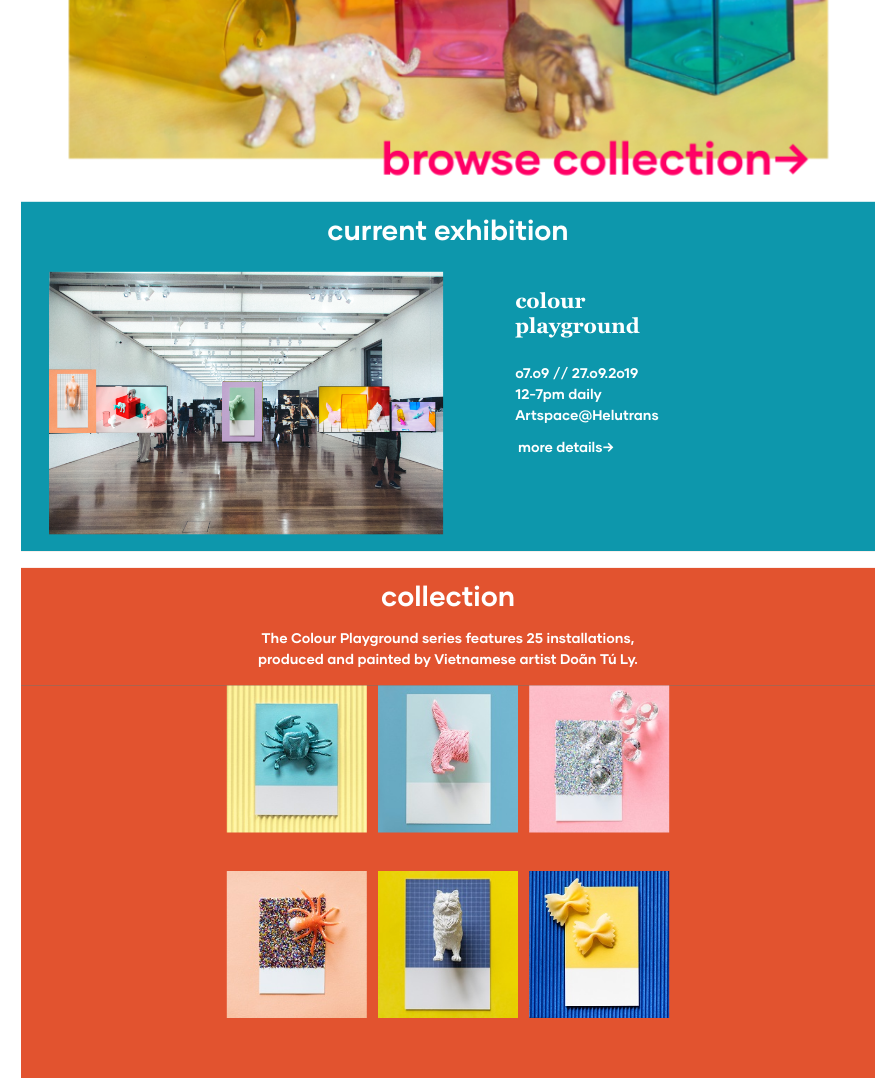
Repository: lynette-lyf/artshack
Page: index.html
The author's editor kept a record of every edit. The page is drawn from the files as they stood at one moment, then again after the next edit.
The browser window is 1280 px wide. The pictures show the part of the page from y = 775 to 2695 px (the page is 2316 px tall before and 2695 px after), at 70% of full size.

Above is the page before.

### index.html
<!doctype html>
<html lang="en">

<head>
  <!-- Required meta tags -->
  <meta charset="utf-8">
  <meta name="viewport" content="width=device-width, initial-scale=1, shrink-to-fit=no">

  <!-- Bootstrap CSS -->
  <link rel="stylesheet" href="https://stackpath.bootstrapcdn.com/bootstrap/4.3.1/css/bootstrap.min.css" integrity="sha384-ggOyR0iXCbMQv3Xipma34MD+dH/1fQ784/j6cY/iJTQUOhcWr7x9JvoRxT2MZw1T" crossorigin="anonymous">
  <link rel="stylesheet" href="style.css" />
  <link rel="stylesheet" href="https://cdnjs.cloudflare.com/ajax/libs/font-awesome/4.7.0/css/font-awesome.min.css">
  <title>artshack</title>

  <style>
/* font converted using font-converter.net. thank you! */
@font-face {
  font-family: "Georgia-Bold";
  src: url("./fonts/georgiab.eot"); /* IE9 Compat Modes */
  src: url("./fonts/georgiab.eot?#iefix") format("embedded-opentype"), /* IE6-IE8 */
    url("./fonts/georgiab.otf") format("opentype"), /* Open Type Font */
    url("./fonts/georgiab.svg") format("svg"), /* Legacy iOS */
    url("./fonts/georgiab.ttf") format("truetype"), /* Safari, Android, iOS */
    url("./fonts/georgiab.woff") format("woff"), /* Modern Browsers */
    url("./fonts/georgiab.woff2") format("woff2"); /* Modern Browsers */
  font-weight: normal;
  font-style: normal;
}


/* font converted using font-converter.net. thank you! */
@font-face {
  font-family: "GilmerBold";
  src: url("./fonts/GilmerBold.eot"); /* IE9 Compat Modes */
  src: url("./fonts/GilmerBold.eot?#iefix") format("embedded-opentype"), /* IE6-IE8 */
    url("./fonts/GilmerBold.otf") format("opentype"), /* Open Type Font */
    url("./fonts/GilmerBold.svg") format("svg"), /* Legacy iOS */
    url("./fonts/GilmerBold.ttf") format("truetype"), /* Safari, Android, iOS */
    url("./fonts/GilmerBold.woff") format("woff"), /* Modern Browsers */
    url("./fonts/GilmerBold.woff2") format("woff2"); /* Modern Browsers */
  font-weight: normal;
  font-style: normal;
}

    .logo {
      width: 280px;
    }

    /*Custom BootStrap4 CSS Styling credits to Saranya Rajendran @ https://stackoverflow.com/questions/49400853/how-to-change-navbar-hover-color-on-bootstrap-4/49405726*/

    .navbar-light .navbar-brand {
      color: black;
    }

    .navbar-light .navbar-nav .active>.nav-link,
    .navbar-light .navbar-nav .nav-link.active,
    .navbar-light .navbar-nav .nav-link.show,
    .navbar-light .navbar-nav .show>.nav-link {
      color: black;
    }

    .navbar-light .navbar-nav .nav-link {
      color: black;
    }

    .navbar-light .navbar-nav .nav-link-about,
    .navbar-light .navbar-nav .nav-link-artists,
    .navbar-light .navbar-nav .nav-link-collection,
    .navbar-light .navbar-nav .nav-link-exhibition,
    .navbar-light .navbar-nav .nav-link-contact {
      color: black;
    }

    .navbar-light .navbar-nav .nav-link-about:hover,
    .navbar-light .navbar-nav .nav-link-contact:hover {
      color: rgb(13, 151, 172) !important;
      text-decoration: none;
    }

    .navbar-light .navbar-nav .nav-link-artists:hover {
      color: rgb(6, 81, 37) !important;
      text-decoration: none;
    }

    .navbar-light .navbar-nav .nav-link-collection:hover {
      color: rgb(221, 160, 51) !important;
      text-decoration: none;
    }

    .navbar-light .navbar-nav .nav-link-exhibition:hover {
      color: rgb(226, 83, 47) !important;
      text-decoration: none;
    }

    .navbar ul {
      display: flex;
      align-items: stretch;
      /* Default */
      justify-content: space-between;
      width: 100%;
      background: #fff;
      margin: 0;
      padding: 0;
    }

    .navbar li {
      display: block;
      flex: 0 1 auto;
      /* Default */
      list-style-type: none;
      background: #fff;
    }

    .navbar .nav-item-subscribe {
      color: white;
    }

    .navbar {
      font-family: Georgia-Bold;
      color: black;
      font-size: 18px;
    }

    form {
      font-family: GilmerBold;
    }

    .form-group .form-control {
      background-color: rgb(6, 81, 37);
      color: white;
    }

    .btn {
      font-family: GilmerBold;
      font-size: 15px;
      color: white;
      background-color: rgb(226, 83, 47);
    }

    .btn:hover {
      color: white;
      background-color: rgb(13, 151, 172);
    }

    .btn:focus {
      color: orange;
    }

    .container-fluid-exhibition {
      background-color: rgb(13, 151, 172);
    }

    .container-fluid-exhibition #current-exhibition,
    .container-fluid-contact #contact,
    .container-fluid-collection #collection {
      font-family: GilmerBold;
      font-size: 40px;
      color: white;
    }

    h2 {
      font-family: Georgia-Bold;
      font-size: 30px;
      color: white;
    }

    .container-fluid-exhibition ul {
      list-style: none;
      font-family: GilmerBold;
      font-size: 20px;
      color: white;
      padding: 0;
    }

    .container-fluid-exhibition .row a {
      text-decoration: none;
      font-family: GilmerBold;
      font-size: 20px;
      color: white;
    }

    .container-fluid-exhibition .row a:hover {
      color: rgb(221, 160, 51);
    }

    .box {
      background-color: white;
    }

    .container-fluid-collection,
.container-fluid-imagegallery {
  background-color: rgb(226,83,47);
}

.container-fluid-collection p {
  font-family: GilmerBold;
  font-size: 20px;
  color: white;
}

.container-fluid-collection p span:hover {
  color: rgb(221,160,81);
}

.container-fluid-imagegallery #onesix .text1,
.container-fluid-imagegallery #twosix .text2,
.container-fluid-imagegallery #threesix .text3,
.container-fluid-imagegallery #foursix .text4,
.container-fluid-imagegallery #fivesix .text5,
.container-fluid-imagegallery #sixsix .text6{
  background-color: white;
  color: black;
  opacity:1;
  font-family: GilmerBold;
  font-size: 15px;
  position:relative;
  bottom:0px;
  left:0px;
  visibility:hidden;
}

.container-fluid-imagegallery #onesix:hover .text1,
.container-fluid-imagegallery #twosix:hover .text2,
.container-fluid-imagegallery #threesix:hover .text3,
.container-fluid-imagegallery #foursix:hover .text4,
.container-fluid-imagegallery #fivesix:hover .text5,
.container-fluid-imagegallery #sixsix:hover .text6{
  visibility:visible;
}
  </style>
  </head>

  <header>
    <!--Logo with navigation to Home Page-->
  <div class="container-fluid">
    <div class="logo mx-auto pt-4">
      <a href="#"><img class="img-fluid" src="images/logo.png"></img></a>
    </div>

  </div>

  <div class="container-fluid pl-0 pr-0">
    <!--Navbar credits to https://getbootstrap.com/docs/4.3/components/navbar/-->
    <nav class="navbar navbar-expand-lg navbar-light bg-nobg">
      <a class="navbar-brand" href="#"></a>
      <button class="navbar-toggler" type="button" data-toggle="collapse" data-target="#navbarNav" aria-controls="navbarNav" aria-expanded="false" aria-label="Toggle navigation">
    <span class="navbar-toggler-icon"></span>
  </button>
      <div class="collapse navbar-collapse" id="navbarNav">
        <ul class="navbar-nav">
          <li class="nav-item active">
            <a class="nav-link-about" href="about.html">about.</a>
          </li>
          <li class="nav-item">
            <a class="nav-link-artists" href="artists.html">artists.</a>
          </li>
          <li class="nav-item">
            <a class="nav-link-collection" href="#collection">collection.</a>
          </li>
          <li class="nav-item">
            <a class="nav-link-exhibition" href="#current-exhibition">exhibition.</a>
          </li>
          <li class="nav-item">
            <a class="nav-link-contact" href="#contact">contact.</a>
          </li>
          <!--Modal credits to https://mdbootstrap.com/docs/jquery/modals/forms/-->
          <li class="nav-item-subscribe">
            <a class="btn btn-default btn-rounded mb-4" data-toggle="modal" data-target="#modalSubscriptionForm">subscribe.</a>
          </li>
          <div class="modal fade" id="modalSubscriptionForm" tabindex="-1" role="dialog" aria-labelledby="myModalLabel" aria-hidden="true">
            <div class="modal-dialog" role="document">
              <div class="modal-content">
                <div class="modal-header text-center" style="color: white;background-color:rgb(221,160,51);">
                  <h4 class="modal-title">Subscribe to our Newsletter
                    <div style="font-size: 14px">(& get exclusive invitations to
                      <div> our exhibition openings!)</div>
                    </div>
                  </h4>
                  <button type="button" class="close" data-dismiss="modal" aria-label="Close">
          <span aria-hidden="true">&times;</span>
        </button>
                </div>
                <div class="modal-body" style="color: white;background-color:rgb(6,81,37);">
                  <div class="md-form mb-1 mt-2 mx-3">
                    <input type="text" id="form3" class="form-control validate">
                    <label data-error="wrong" data-success="right" for="form3">name</label>
                  </div>

                  <div class="md-form mx-3">
                    <input type="email" id="form2" class="form-control validate">
                    <label data-error="wrong" data-success="right" for="form2">email address</label>
                  </div>

                </div>
                <div class="modal-footer d-flex justify-content-center" style="color: white;background-color:rgb(226,83,47);>
        <button type="button" class="btn">Subscribe</button>
      </div>
    </div>
  </div>
</div>
        </ul>
      </div>
    </nav>
</header>


<body>
  <div class="container-fluid ">
    <div class="col ">
      <div class="row-md " id="image-gallery ">
<!--Carousel credits to https://getbootstrap.com/docs/4.3/components/carousel/-->
<div id="carouselExampleFade" class="carousel slide carousel-fade" data-ride="carousel">
  <div class="carousel-inner">
    <a href="#collection"><div class="carousel-item active">
      <img src="images/gallery3.png" class="d-block w-100" alt="...">
    </div>
    <div class="carousel-item">
      <img src="images/gallery6.png" class="d-block w-100" alt="...">
    </div>
    <div class="carousel-item">
      <img src="images/gallery5.png" class="d-block w-100" alt="...">
    </div>
    <div class="carousel-item">
      <img src="images/gallery4.png" class="d-block w-100" alt="...">
    </div>
  </div>
  <a class="carousel-control-prev" href="#carouselExampleFade" role="button" data-slide="prev">
    <span class="carousel-control-prev-icon" aria-hidden="true"></span>
    <span class="sr-only">Previous</span>
  </a>
  <a class="carousel-control-next" href="#carouselExampleFade" role="button" data-slide="next">
    <span class="carousel-control-next-icon" aria-hidden="true"></span>
    <span class="sr-only">Next</span>
  </a>
</div>
</a>
          </div>

<!--Current exhibition section-->
          <div class="container-fluid-exhibition mt-3 ">
            <div class="row ">
              <div class="col text-center my-2 mx-3 " id="current-exhibition">current exhibition</div>
            </div>

            <div class="row ">
              <div class="col-sm-10 col-md-10 col-lg-6 my-2 mx-4 "><img class="img-fluid p-3 " src="images/exhibition.png "></div>

              <div class="row ">
                <div class="col-sm-12 col-sm-12 col-lg-8 m-5 ">
                  <h2>colour playground</h2>
                  <div class="row mx-3 my-3 row-sm-5 row-md-4 row-lg-4 "></div>
                  <ul>
                    <li>o7.o9 // 27.o9.2o19</li>
                    <li>12-7pm daily</li>
                    <li>Artspace@Helutrans</li>
                  </ul>
                  <div class="row mx-1 my-3 "><a href='https://www.artporters.com/wp-content/uploads/2019/08/Colour-Playground-Catalogue-1.pdf'>more details→</a>
                  </div>
                </div>
</div>
</div>
<!--Collection section with image gallery and image captions on hover-->
<div class="container-fluid-collection">
<div class="box">&nbsp;</div>
            <div class="row ">
              <div class="col text-center my-2 mx-3" id="collection">collection</div>
            </div>
 <div class="row justify-content-center">
              <div class="col text-center col-sm-8 col-md-8 col-lg-10 my-2 mx-4 ">
              <p>The Colour Playground series features 25 installations,<br>
produced and painted by Vietnamese artist <span><a href="artists.html#D">Doãn Tú Ly</a></span>.</p></div>

    </div>
</div>



<div class="container-fluid-imagegallery">
<div class="row justify-content-center">


<div class="column px-1 mx-1" id="onesix">
<img class="img1" src="images/collection1.jpg">
<p class="text1"><i>Blue Crab</i>, 2015</p>
</div>

<div class="column px-1 mx-1" id="twosix">
<img class="img2" src="images/collection2.jpg">
<p class="text2"><i>Halved</i>, 2013</p>
</div>

<div class="column px-1 mx-1" id="threesix">
<img class="img3" src="images/collection3.jpg">
<p class="text3"><i>Everything Nice</i>, 2015</p>
</div>


</div>
 <div class="row justify-content-center pt-3 pb-5">
<div class="column px-1 mx-1" id="foursix">
<img class="img4" src="images/collection4.jpg">
<p class="text4"><i>Exploration</i>, 2016</p>
</div>
<div class="column px-1 mx-1" id="fivesix">
<img class="img5" src="images/collection5.jpg">
<p class="text5"><i>Stationary</i>, 2015</p>
</div>
<div class="column px-1 mx-1" id="sixsix">
<img class="img6" src="images/collection6.jpg">
<p class="text6"><i>Carbs</i>, 2011</p>
</div>
  </div>
</div>








                      <!-- Optional JavaScript -->
                <!-- jQuery first, then Popper.js, then Bootstrap JS -->
                <script src="https://code.jquery.com/jquery-3.3.1.slim.min.js " integrity="sha384-q8i/X+965DzO0rT7abK41JStQIAqVgRVzpbzo5smXKp4YfRvH+8abtTE1Pi6jizo " crossorigin="anonymous ">
                </script>
                <script src="https://cdnjs.cloudflare.com/ajax/libs/popper.js/1.14.7/umd/popper.min.js " integrity="sha384-UO2eT0CpHqdSJQ6hJty5KVphtPhzWj9WO1clHTMGa3JDZwrnQq4sF86dIHNDz0W1 " crossorigin="anonymous ">
                </script>
                <script src="https://stackpath.bootstrapcdn.com/bootstrap/4.3.1/js/bootstrap.min.js " integrity="sha384-JjSmVgyd0p3pXB1rRibZUAYoIIy6OrQ6VrjIEaFf/nJGzIxFDsf4x0xIM+B07jRM " crossorigin="anonymous ">
                </script>
</body>
</html>

Loaded but not shown: style.css (no stored copy; drawn as an empty file)

After the next edit:
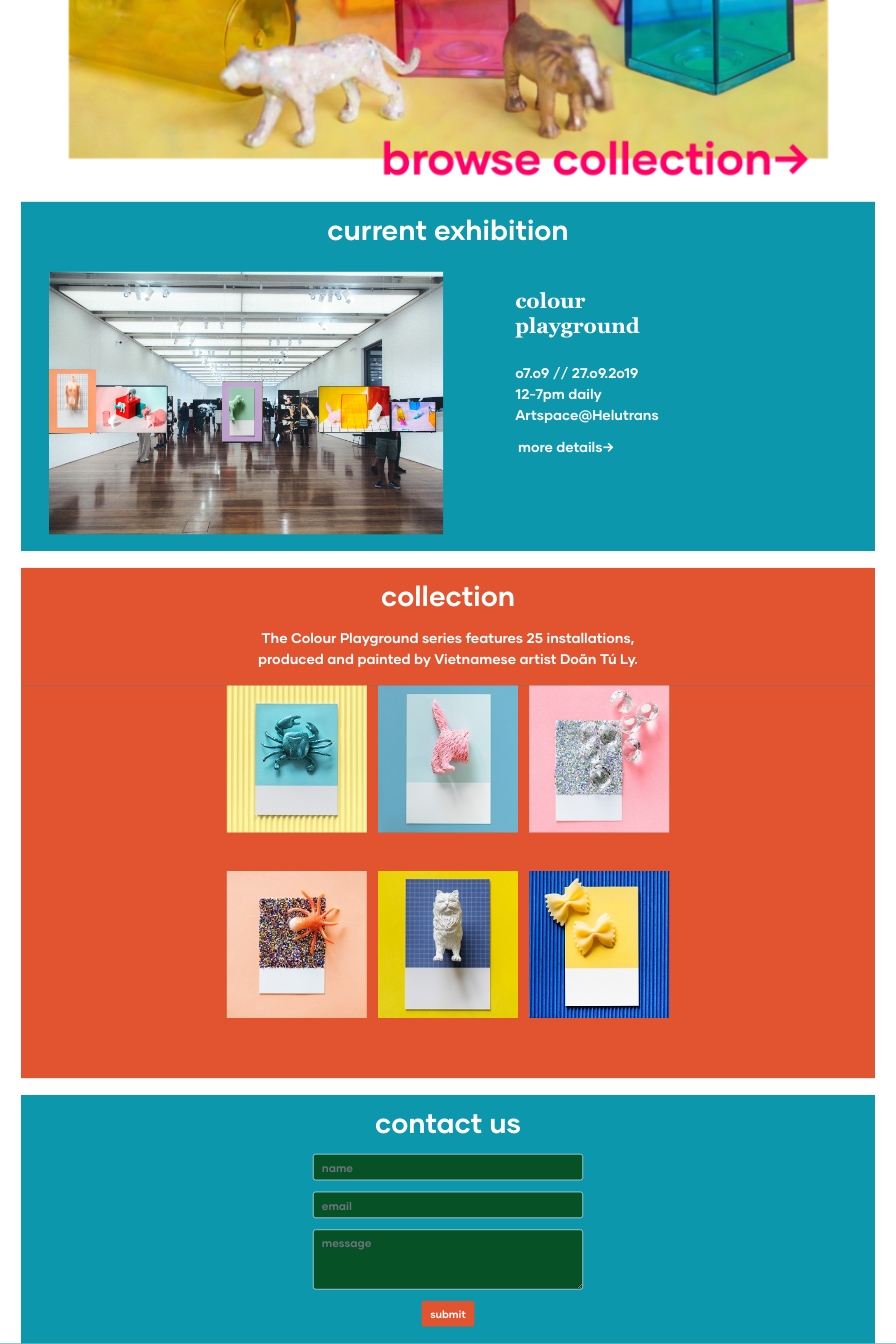
The edit:
--- a/index.html
+++ b/index.html
@@ -412,14 +412,43 @@
   </div>
 </div>
 
-
-
-
-
-
-
-
-                      <!-- Optional JavaScript -->
+<!--Contact Us section with form-->
+<div class="container-fluid-contact ">
+<div class="box">&nbsp;</div>
+            <div class="row ">
+              <div class="col text-center my-2 mx-3 " id="contact">contact us</div>
+            </div>
+ <div class="row justify-content-center ">
+              <div class="col-sm-8 col-md-8 col-lg-4 my-2 mx-4 ">
+
+<!--Form credits to https://getbootstrap.com/docs/4.3/components/forms/-->
+<form>
+  <div class="form-group ">
+    <input type="text " class="form-control " id="name " placeholder="name ">
+  </div>
+  <div class="form-group ">
+    <input type="email " class="form-control " id="email " placeholder="email ">
+  </div>
+    <div class="form-group ">
+    <textarea class="form-control " id="message " placeholder="message " rows="3 "></textarea>
+  </div>
+  <div class="row ">
+    <div class="col text-center mb-3">
+  <button class="btn " type="submit">submit</button>
+  </div>
+</form>
+</div>
+</div>
+</div>
+
+
+
+
+
+</div>
+</div>
+
+                <!-- Optional JavaScript -->
                 <!-- jQuery first, then Popper.js, then Bootstrap JS -->
                 <script src="https://code.jquery.com/jquery-3.3.1.slim.min.js " integrity="sha384-q8i/X+965DzO0rT7abK41JStQIAqVgRVzpbzo5smXKp4YfRvH+8abtTE1Pi6jizo " crossorigin="anonymous ">
                 </script>
